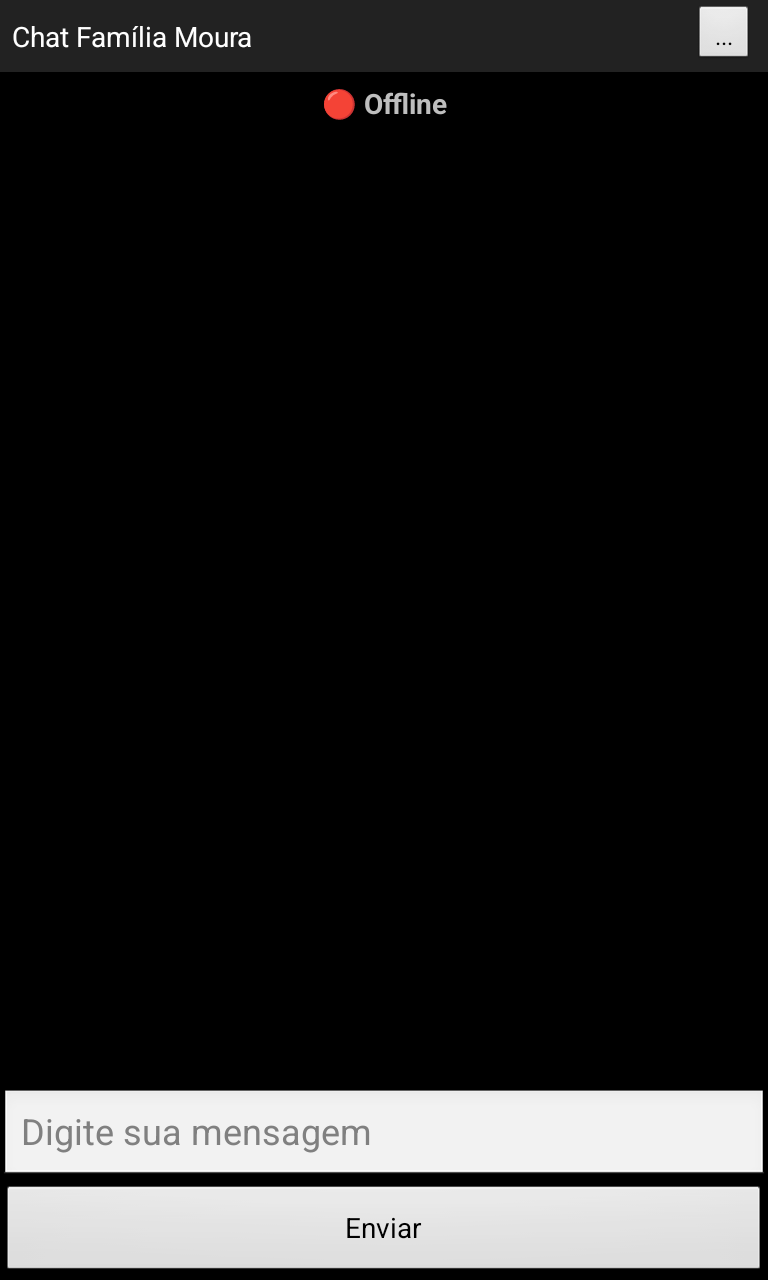
Repository: JoelmirMoura/AppMensagem
Layout: Mensagem/res/layout/main.xml
The author's editor kept a copy of each file at every save. The layout is drawn from the files as they stood at one save, then again after the next save.
It is drawn on a 768 x 1280 px phone screen (xhdpi) without system bars, with theme android:Theme; the app's code is not run.

Above is the layout before, as saved 2026-04-27 17:10:53.

After the next save:
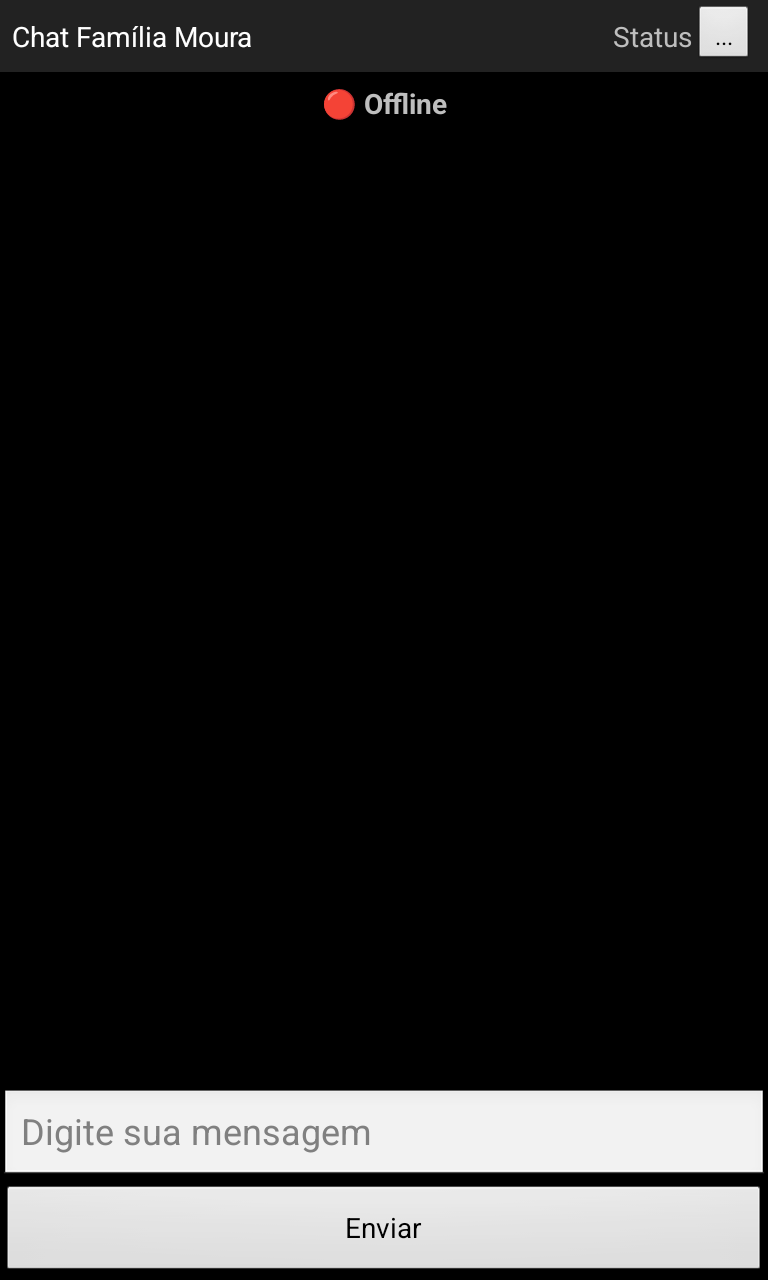
Saved 10 min 33 s later.
--- a/Mensagem/res/layout/main.xml
+++ b/Mensagem/res/layout/main.xml
@@ -22,6 +22,12 @@
         android:textColor="#FFFFFF"
         android:textSize="14sp"
         android:singleLine="true" />
+
+        <TextView
+    android:id="@+id/txtStatus"
+    android:layout_width="wrap_content"
+    android:layout_height="wrap_content"
+    android:text="Status"/>
 
     <Button
         android:id="@+id/btnConfig"
